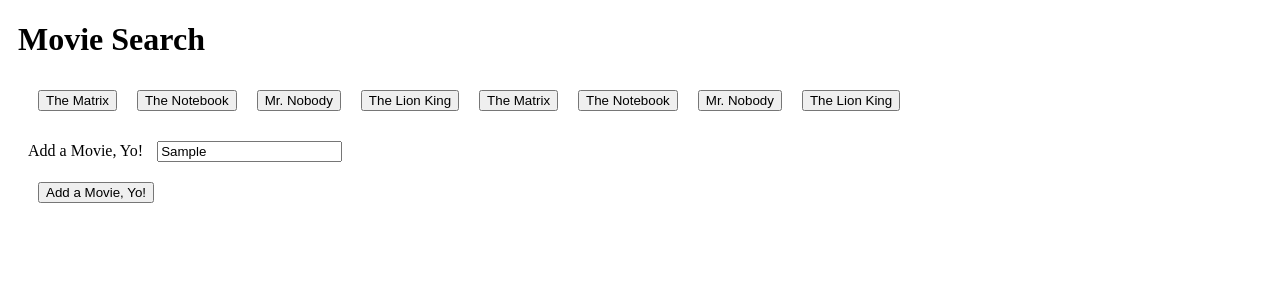
Repository: pnguyen6910/movieapp
Page: movie-button-layout-harder.html
The author's editor kept a copy of each file at every save. The page is drawn from the files as they stood at one save, then again after the next save.
The browser window is 1280 px wide. The pictures show the whole page.
Empty fields were first filled with sample values (such as "Sample", 5 or name@example.com).
After loading, the first visible `#add-movie` was clicked once.
Some web libraries are served in a nearby version.

Above is the page before, as saved 2020-12-08 20:58:38.

After the next save:
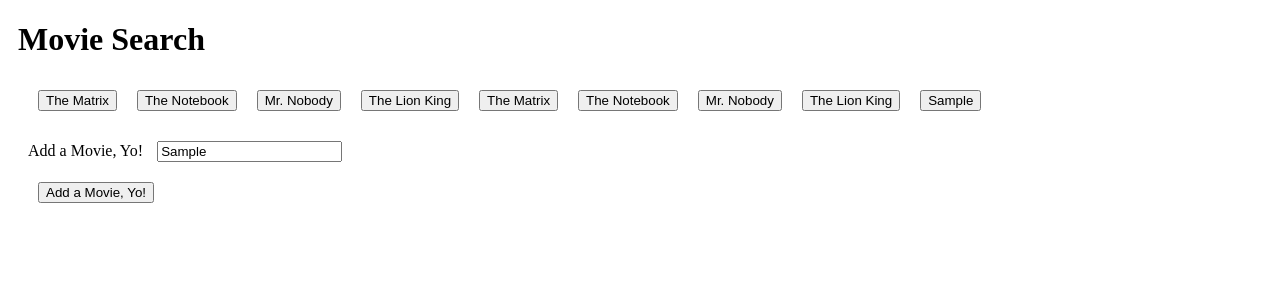
Saved 83 s later.
--- a/movie-button-layout-harder.html
+++ b/movie-button-layout-harder.html
@@ -55,7 +55,8 @@
   // This function handles events where one button is clicked
   $("#add-movie").on("click", function() {
     event.preventDefault()
-    userInput.val()
+    var newMovie = userInput.val()
+    movies.push(newMovie)
     renderButtons()
 
     // YOUR CODE GOES HERE
